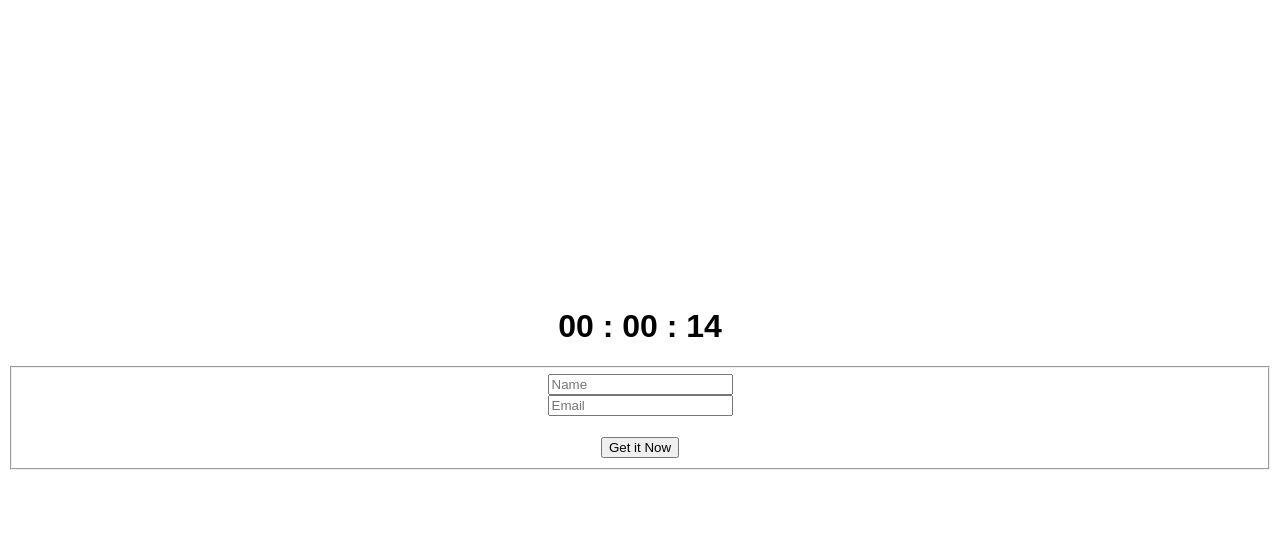
Repository: 43320888/upwork
Page: popup/index.html
These files come from the project's save history. The page is drawn as it stood at one moment and after the next save; the edit follows.
The browser window is 1280 px wide. The pictures show the whole page.

Above is the page before, as saved 2019-01-24 15:42:43.

After the next save:
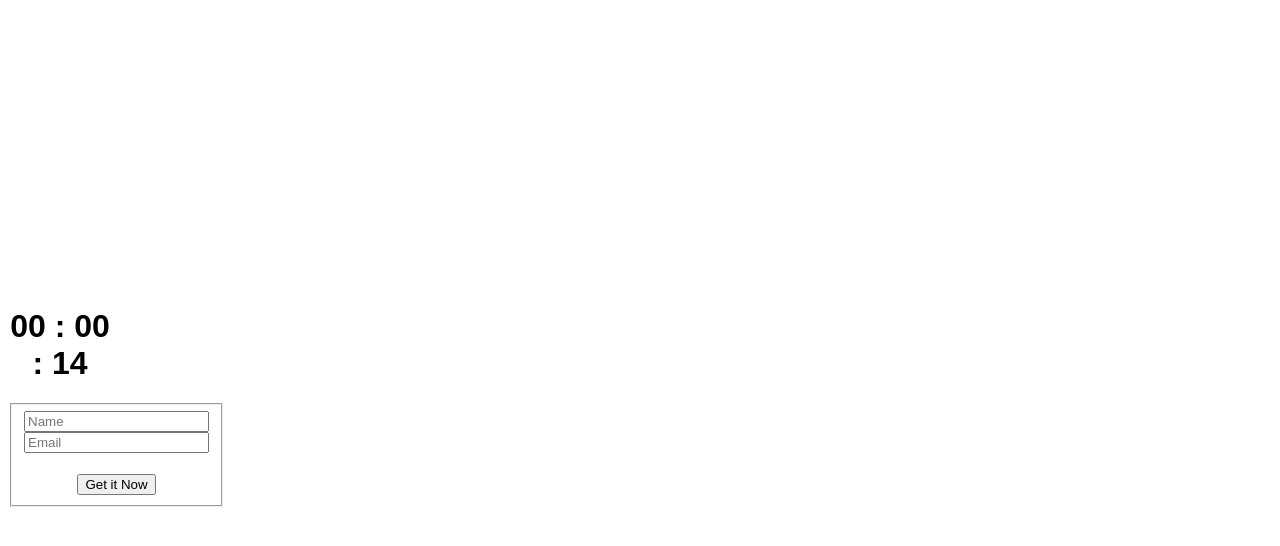
Saved 63 s later.
--- a/popup/index.html
+++ b/popup/index.html
@@ -36,5 +36,6 @@
 	<script>
 		const page = document.querySelector('div');
 		page.style.marginTop = `${(window.innerHeight - page.clientHeight) / 2}px`;
+		page.style.width = `${page.clientHeight}px`;
 	</script>
 </body>

After the save that followed:
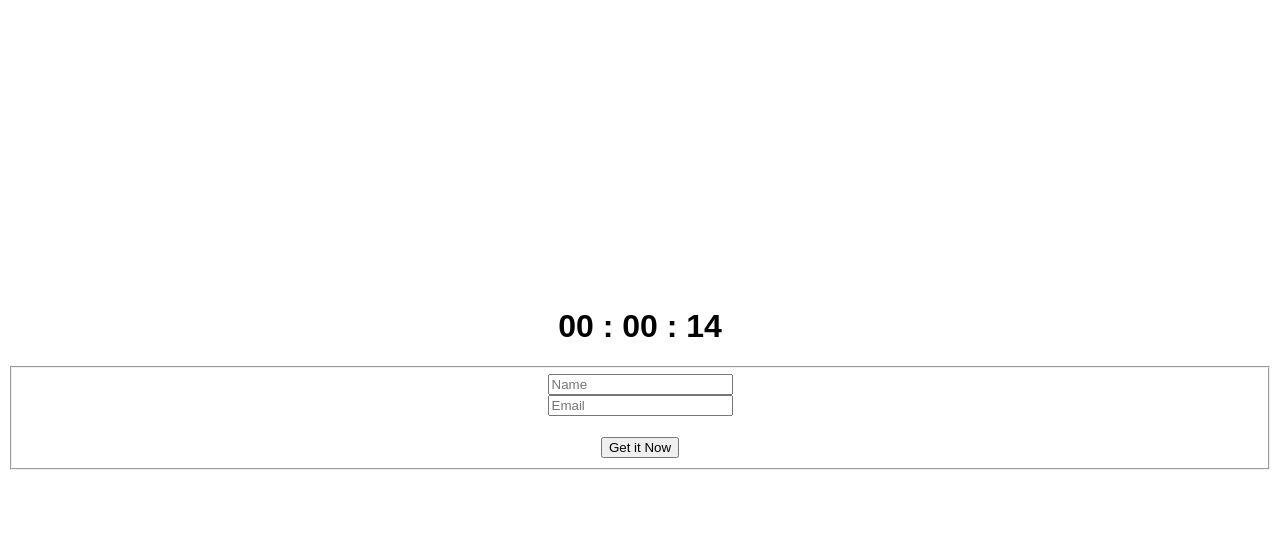
Saved 7 min 50 s later.
--- a/popup/index.html
+++ b/popup/index.html
@@ -34,8 +34,13 @@
 		</form>
 	</div>
 	<script>
+		/* PLACE POPUP ON THE CENTER PAGE  */
 		const page = document.querySelector('div');
 		page.style.marginTop = `${(window.innerHeight - page.clientHeight) / 2}px`;
-		page.style.width = `${page.clientHeight}px`;
+		page.style.width = `${(() => {
+			const titleWidth = document.querySelector('div > h1').clientWidth;
+			if(page.clientHeight > titleWidth) return page.clientHeight
+			else return titleWidth
+			})()}px`;
 	</script>
 </body>
